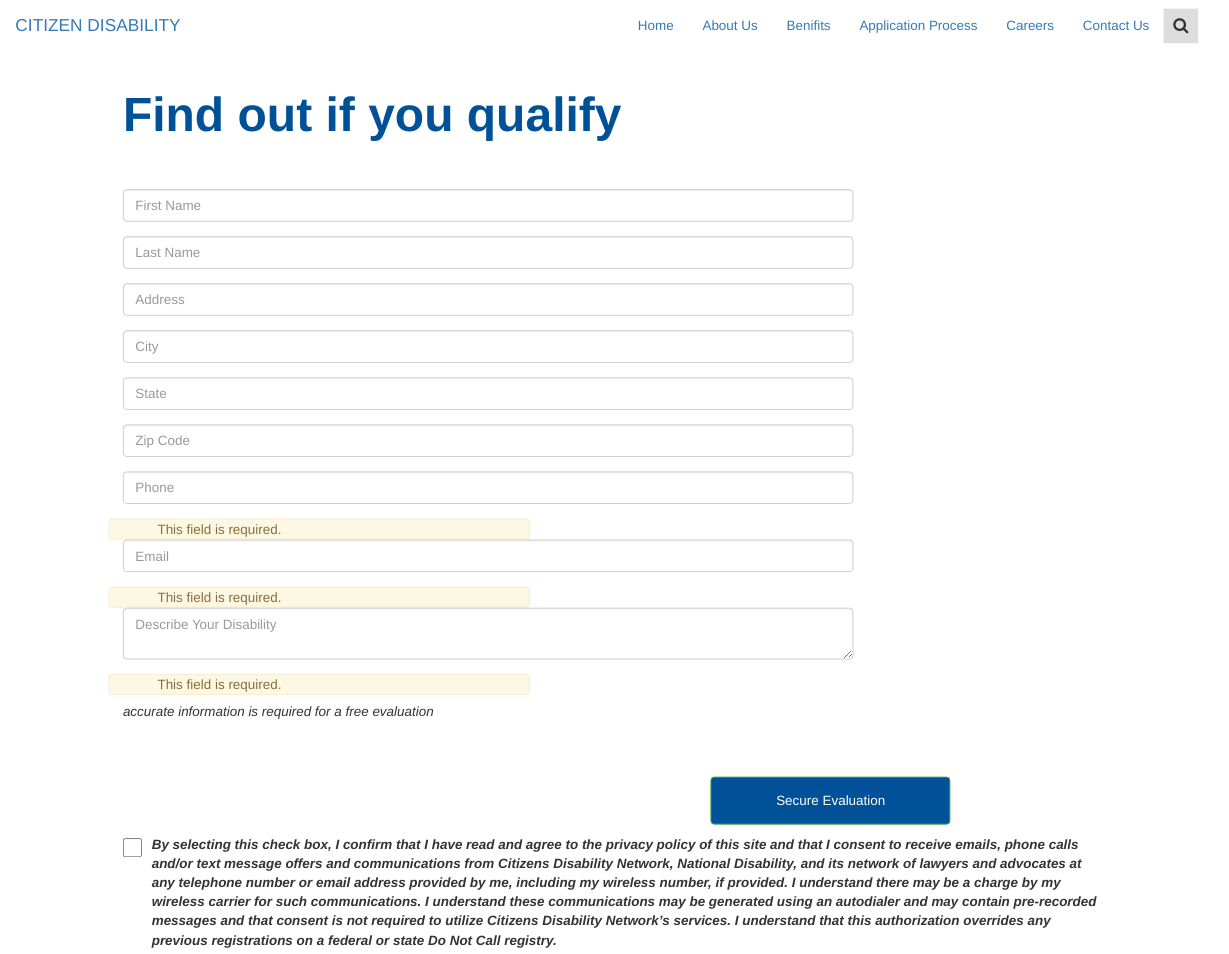
Repository: welcome0605/Embed-html-integrate-with-API
Page: Home1.html
An editor plug-in stored every save of this project. The page is shown before and after the next save, followed by the edit.
The browser window is 1280 px wide. The pictures show the whole page, at 96% of full size.

Above is the page before, as saved 2019-04-28 20:58:53.

After the next save:
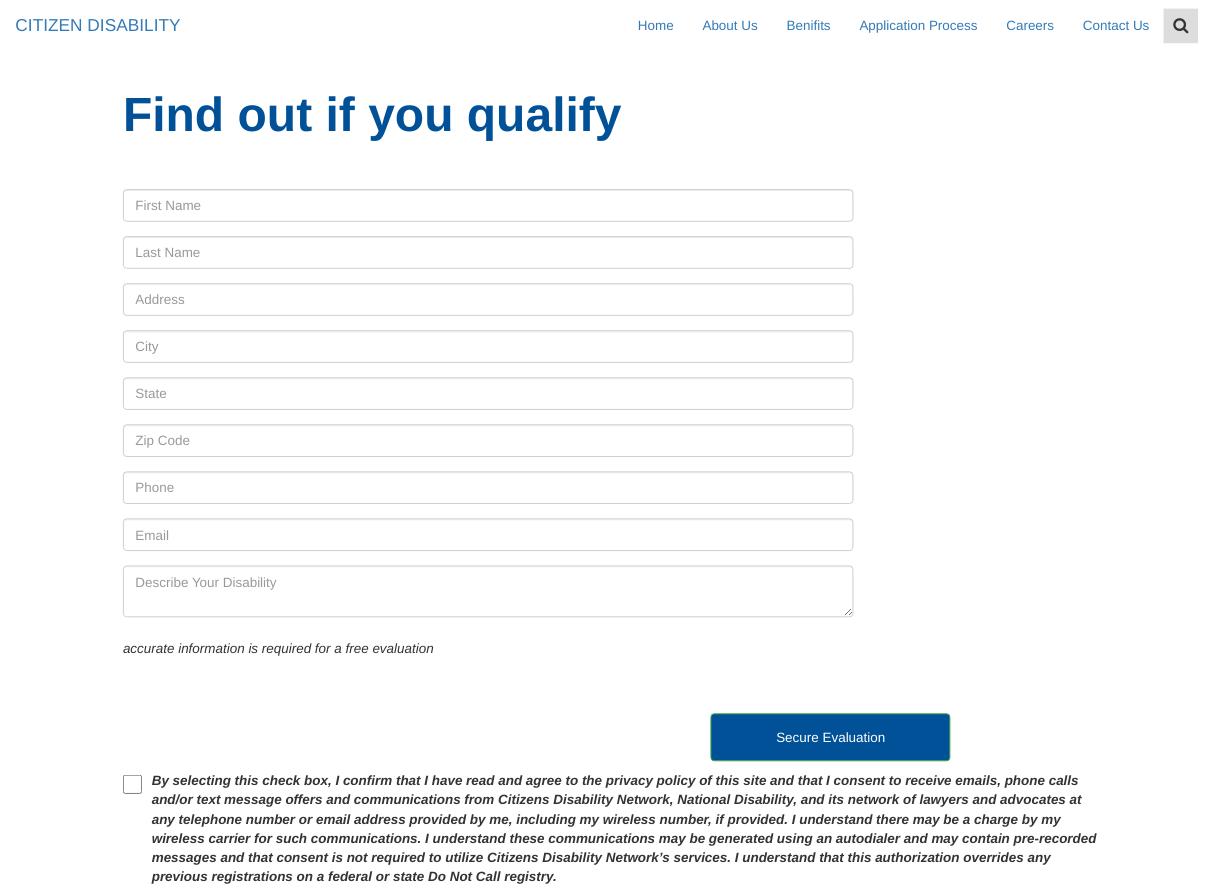
Saved 15 s later.
--- a/css/base1.css
+++ b/css/base1.css
@@ -91,7 +91,7 @@ navbar-default .navbar-nav>.active>a, .navbar-default .navbar-nav>.active>a:focu
     height: 50px;
 }
 
-.alert_req1, .alert_req2, .alert_req3, .alert_req4, .alert_req5, .alert_req6 {
+.alert_req1, .alert_req2, .alert_req3, .alert_req4, .alert_req5, .alert_req6, .alert_req7, .alert_req8, .alert_req9 {
     display: none;
 }
 
